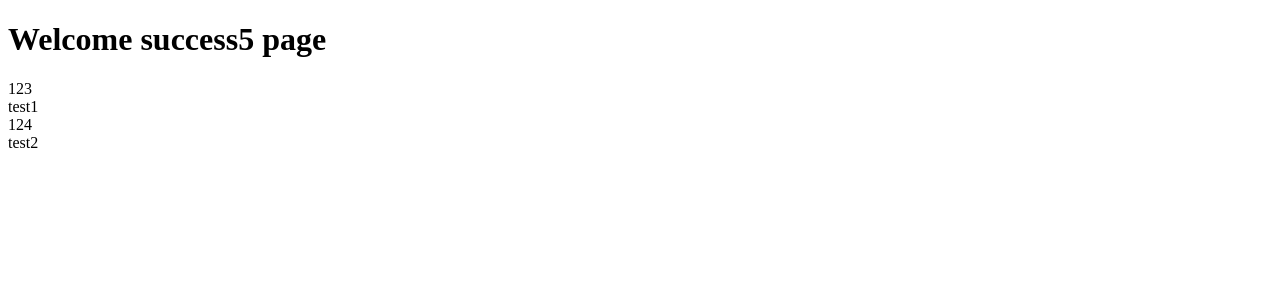
Repository: cjwarrior7/Ust_training2-of-eclipse
Page: http://localhost/SpringMVCDemo1.0/link5
These files come from the project's save history. The page is drawn as it stood at one moment and after the next save; the edit follows.
The browser window is 1280 px wide. The pictures show the whole page.
The page is served by Tomcat 9.

Above is the page before, as saved 2020-01-16 19:48:12.

After the next save:
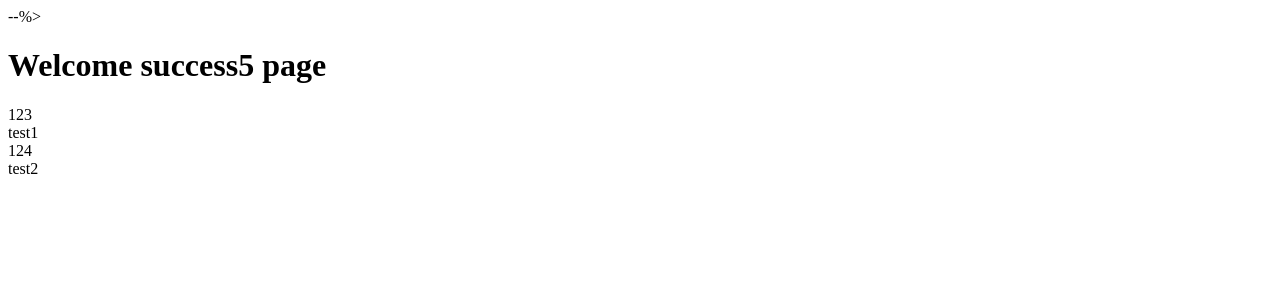
Saved 36 s later.
--- a/eclipse-workspace/SpringMVCDemo1.0/WebContent/WEB-INF/view/success5.jsp
+++ b/eclipse-workspace/SpringMVCDemo1.0/WebContent/WEB-INF/view/success5.jsp
@@ -1,7 +1,7 @@
-<%@ page language="java" contentType="text/html; charset=ISO-8859-1"
-    pageEncoding="ISO-8859-1"%>
+<%-- <%-- <%@ page language="java" contentType="text/html; charset=ISO-8859-1"
+    pageEncoding="ISO-8859-1"%> --%> --%>
     <%@ taglib uri="http://java.sun.com/jsp/jstl/core" prefix="c"%>
-<!DOCTYPE html PUBLIC "-//W3C//DTD HTML 4.01 Transitional//EN" "http://www.w3.org/TR/html4/loose.dtd">
+<!-- <!DOCTYPE html PUBLIC "-//W3C//DTD HTML 4.01 Transitional//EN" "http://www.w3.org/TR/html4/loose.dtd"> -->
 <html>
     <!-- from jstl file viewall.jsp -->
 
